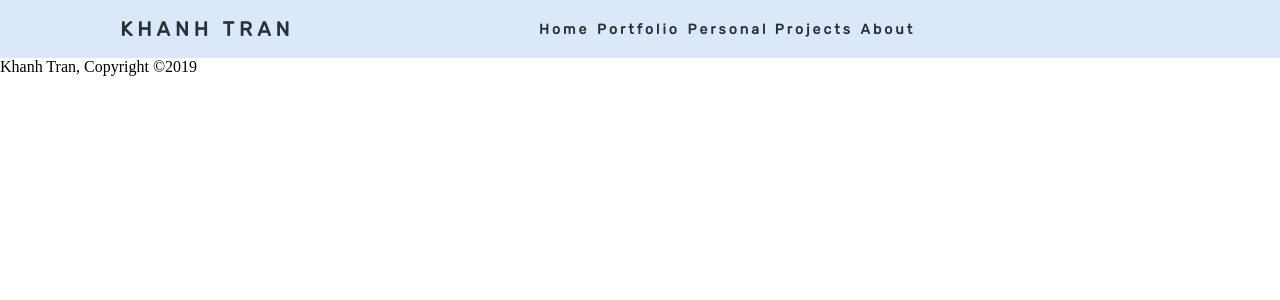
Repository: KTPo/KTPo.github.io
Page: index.html
The author's editor kept a record of every edit. The page is drawn from the files as they stood at one moment, then again after the next edit.
The browser window is 1280 px wide. The pictures show the whole page.

Above is the page before.

### index.html
<!DOCTYPE html>
<html>
    <head>
        <title>Welcome | Khanh's Webpage</title>
        <link rel='icon' href='./previewImages/puzzle.png' type='image/x-icon'/ >
        <link href="https://fonts.googleapis.com/css2?family=Rubik&display=swap" rel="stylesheet">
        <link rel="stylesheet" type="text/css" href="style.css">

        <meta name = "viewport" content = "width=device-width">
        <meta name="description" content="Personal Website">
        <meta name="keywords" content="khanhtran, khanhtranCV">
        <meta name="author" content="Khanh Tran">



    </head>
    <body>
        <header>
            <nav>
                <div class = "logo">
                    <h4>Khanh Tran</h4>
                </div>
                <ul class = "nav-links">
                    <li><a href = "#">Home</a></li>
                    <li><a href = "#">Portfolio</a></li>
                    <li><a href = "#">Personal Projects</a></li>
                    <li><a href = "#">About</a></li>
                </ul>
                <div class = "burger">
                    <div class = "line1">

                    </div>
                    <div class = "line2">

                    </div>
                    <div class = "line3">

                    </div>
                </div>

            </nav>

        </header>



        <footer>
            <p>Khanh Tran, Copyright &copy;2019</p>
        </footer>
    </body>
</html>



<!--- add sticky bar for music???? --->

### style.css
*{
    margin:0px;
    padding:0px;
    box-sizing:border-box;
}

nav{
    display:flex;
    justify-content:space-around;
    align-items:center;
    min-height:8vh;
    font-family: 'Rubik', sans-serif;
    background-color:#dbe8f9;
}

.logo{
    color:#273138;
    text-transform: uppercase;
    letter-spacing:5px;
    font-size:20px;
}

.nav-links{
    display:flex;
    justify-content:space-around;
    width:30%;
}

.nav-links li{
    list-style:none;
}

.nav-links a{
    color:#273138;
    text-decoration:none;
    letter-spacing:3px;
    font-weight:bold;
    font-size:14px;
}

After the next edit:
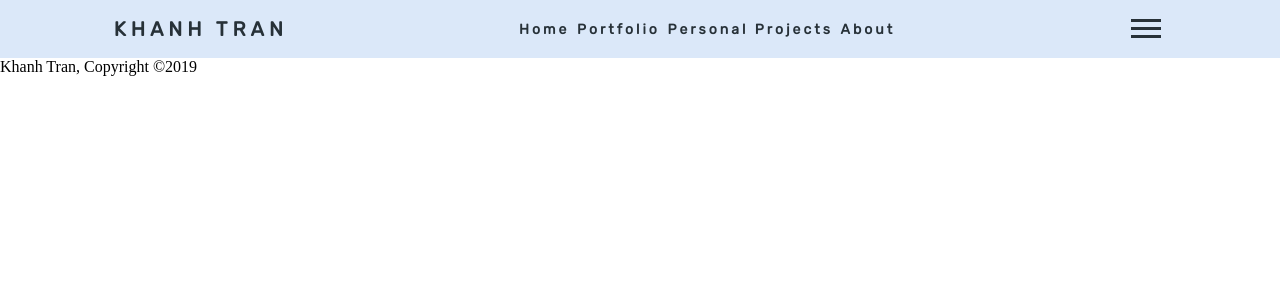
The edit:
--- a/style.css
+++ b/style.css
@@ -37,3 +37,10 @@ nav{
     font-weight:bold;
     font-size:14px;
 }
+
+.burger div{
+    width:30px;
+    height: 3px;
+    background-color:#273138;
+    margin:5px;
+}
